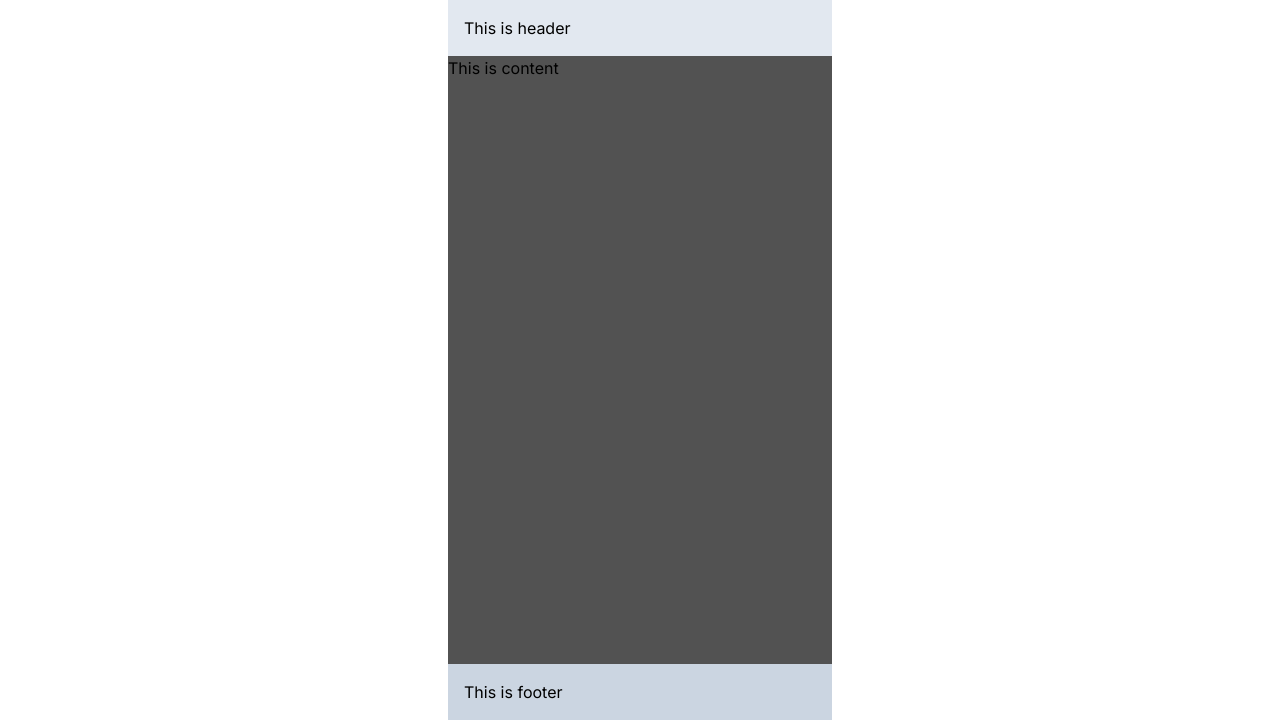
Repository: nirazanbasnet/test-react-swipeable
Page: /
An editor plug-in stored every save of this project. The page is shown before and after a run of saves, followed by the edit.
The browser window is 1280 px wide. The pictures show the whole page.
The project was rebuilt for these pictures with package versions that can differ from the ones it lists, and the page was loaded fresh each time. The framework's server and built-in components were replaced by stand-ins that run in the browser. Also part of the build but not shown: next.config.mjs.

Above is the page before, as saved 2024-02-07 09:45:02.

### src/app/layout.js
import { Inter } from "next/font/google";
import "./globals.css";
import AppLayout from "@/components/AppLayout";

const inter = Inter({ subsets: ["latin"] });

export const metadata = {
  title: "Create Next App",
  description: "Generated by create next app",
};

export default function RootLayout({ children }) {
  return (
		<html lang="en">
			<body className={`flex flex-col h-full max-w-sm mx-auto ${inter.className}`}>
				<AppLayout>{children}</AppLayout>
			</body>
		</html>
	);
}

### src/app/page.js

export default function Home() {
	return <div>This is content</div>;
}

### src/app/globals.css
@tailwind base;
@tailwind components;
@tailwind utilities;

:root {
 --doc-height: 100%;
}

html,
body {
 padding: 0;
 margin: 0;
 height: 100vh; /* fallback for Js load */
 height: var(--doc-height);
}

### src/components/AppLayout.js
"use client";

import { useEffect } from "react";

export default function AppLayout({ children }) {
    useEffect(() => {
			const updateDocumentHeight = () => {
				const doc = document.documentElement;
				doc.style.setProperty("--doc-height", `${window.innerHeight}px`);
			};

			// Set the height initially and on window resize
			window.addEventListener("resize", updateDocumentHeight);
			updateDocumentHeight();

			// Clean up the event listener when the component unmounts
			return () => window.removeEventListener("resize", updateDocumentHeight);
		}, []);

	return (
		<>
			<header className="flex items-center px-4 h-14 bg-slate-200">
				This is header
			</header>
			<main className="flex-1 bg-neutral-600">{children}</main>
			<footer className="flex items-center px-4 h-14 bg-slate-300">
				This is footer
			</footer>
		</>
	);
}

Loaded but not shown: tailwind.config.js (common file)

After the next 3 saves:
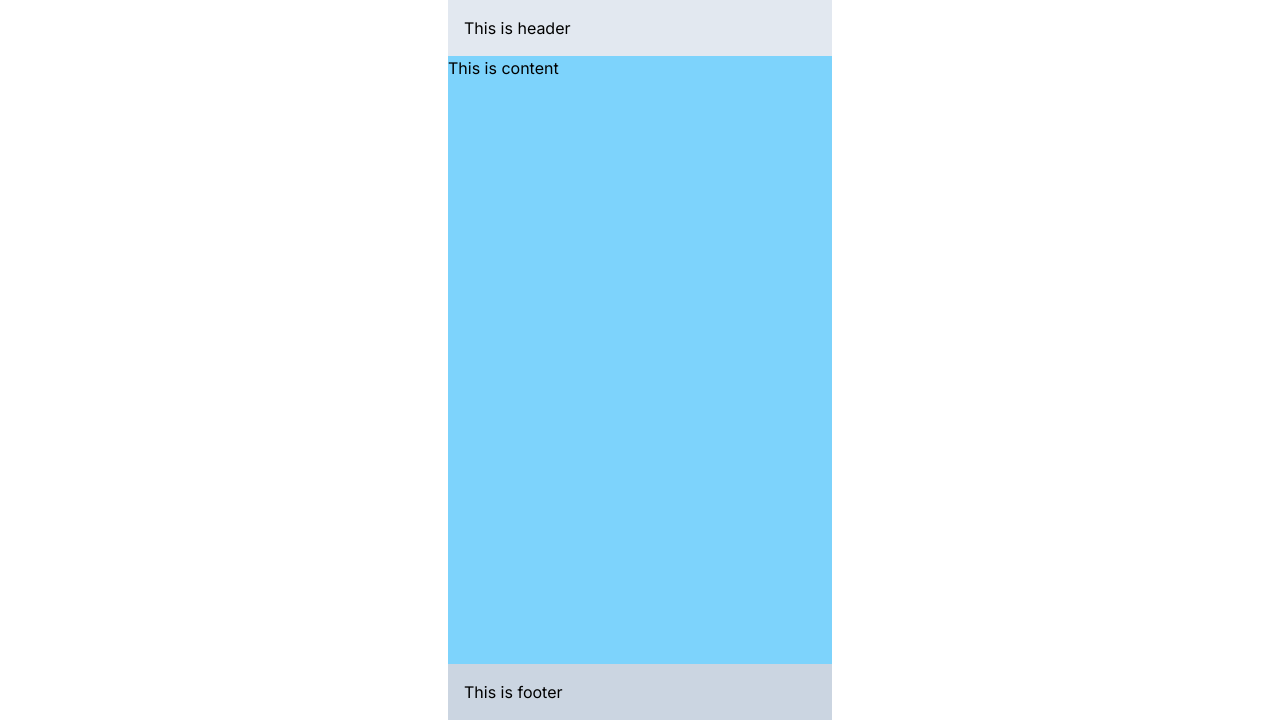
The 3 saves are shown as one change because they came seconds apart.
The last was saved 11 s later.
--- a/src/components/AppLayout.js
+++ b/src/components/AppLayout.js
@@ -22,7 +22,7 @@ export default function AppLayout({ children }) {
 			<header className="flex items-center px-4 h-14 bg-slate-200">
 				This is header
 			</header>
-			<main className="flex-1 bg-neutral-600">{children}</main>
+			<main className="flex-1 bg-sky-300">{children}</main>
 			<footer className="flex items-center px-4 h-14 bg-slate-300">
 				This is footer
 			</footer>
